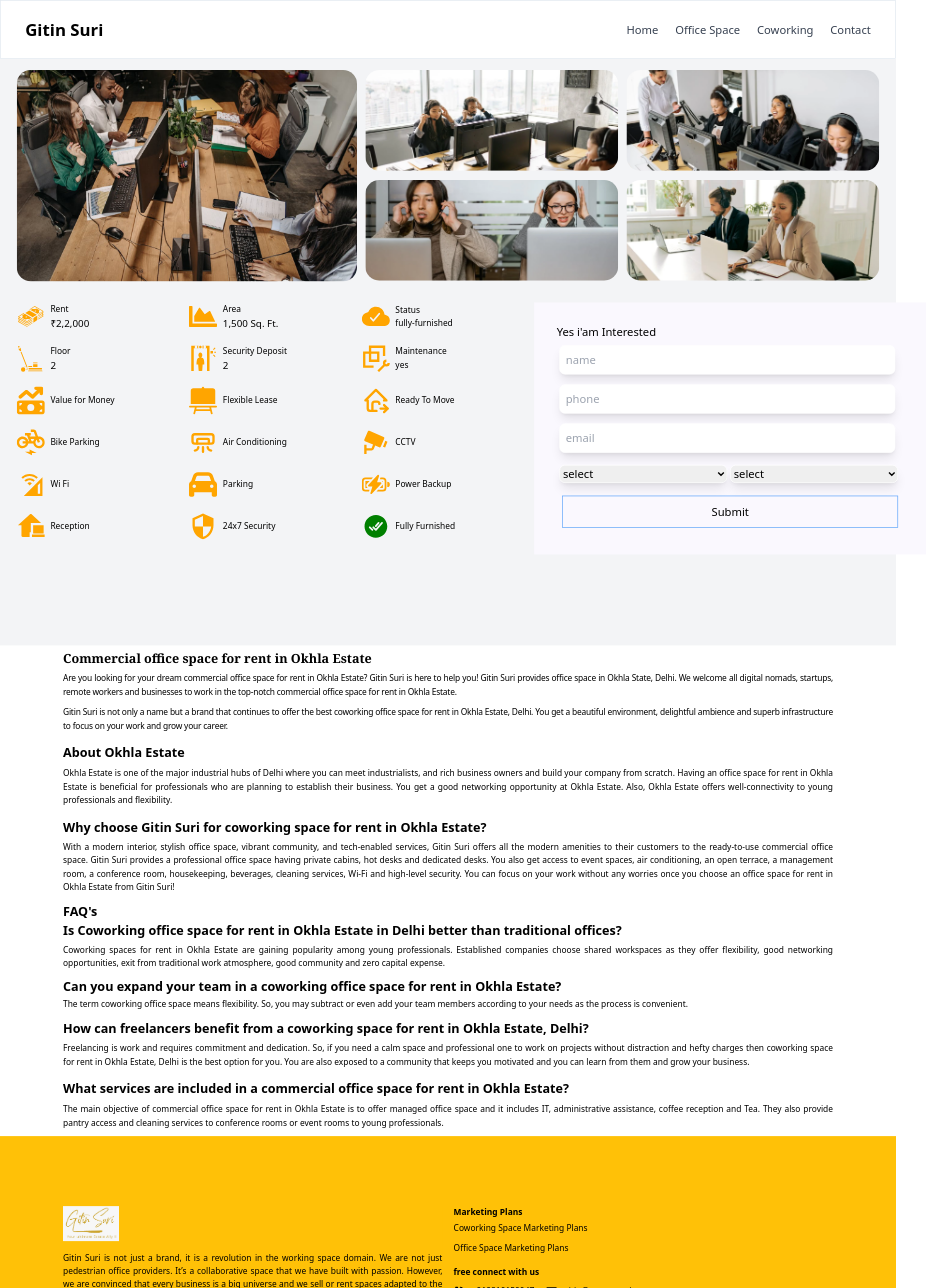
Repository: gitinsuri8268/project
Page: /office-space-for-rent-in-okhla-estate
These files come from the project's save history. The page is drawn as it stood at one moment and after a run of saves; the edit follows.
The browser window is 1280 px wide. The page is 1323 px wide, so the pictures cover 1323 px, including what lies to the right of the window. The pictures show the part of the page from y = 0 to 1840 px (the page is 2299 px tall before and 2726 px after), at 70% of full size.
The project was rebuilt for these pictures with package versions that can differ from the ones it lists, and the page was loaded fresh each time. The framework's server and built-in components were replaced by stand-ins that run in the browser. Also part of the build but not shown: next.config.mjs, src/components/abc.jsx.

Above is the page before, as saved 2024-09-05 23:16:00.

After the next 2 saves:
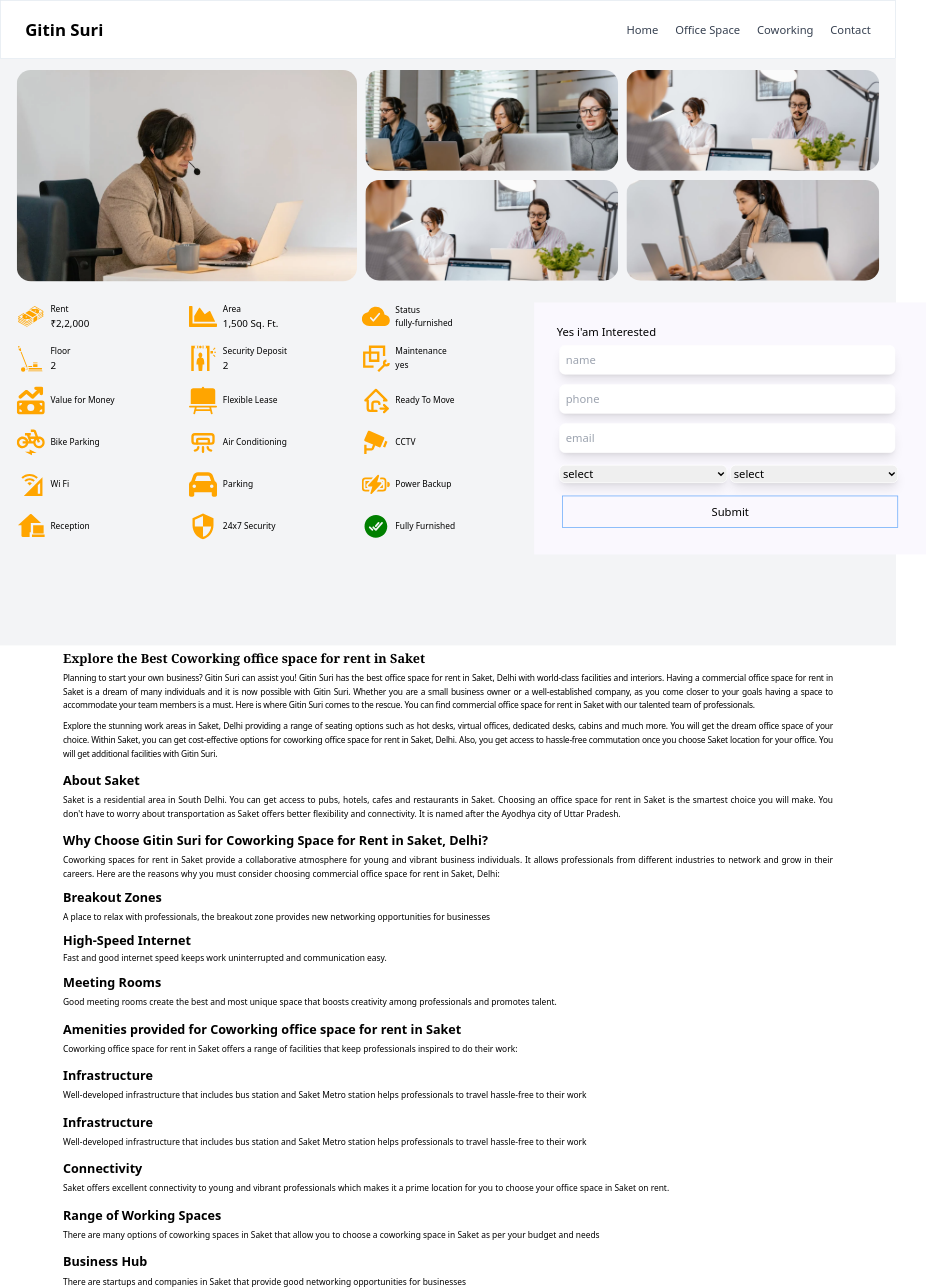
The 2 saves are shown as one change because they came seconds apart.
The last was saved 42 s later.
--- a/src/app/office-space-for-rent-in-okhla-estate/page.jsx
+++ b/src/app/office-space-for-rent-in-okhla-estate/page.jsx
@@ -25,6 +25,7 @@
 import Textsocial from "@/components/textsocial";
 
 import React, { useState } from 'react';
+import officespaceforrentinokhlaestate from "../office-space-for-rent-in-saket-delhi/page";
 const officespaceforrentinsouthdelhi = () => {
   const [selectedImage, setSelectedImage] = useState(null);
 
@@ -494,4 +495,4 @@
   );
 };
 
-export default officespaceforrentinsouthdelhi;
+export default officespaceforrentinokhlaestate;

After the 3 saves that followed:
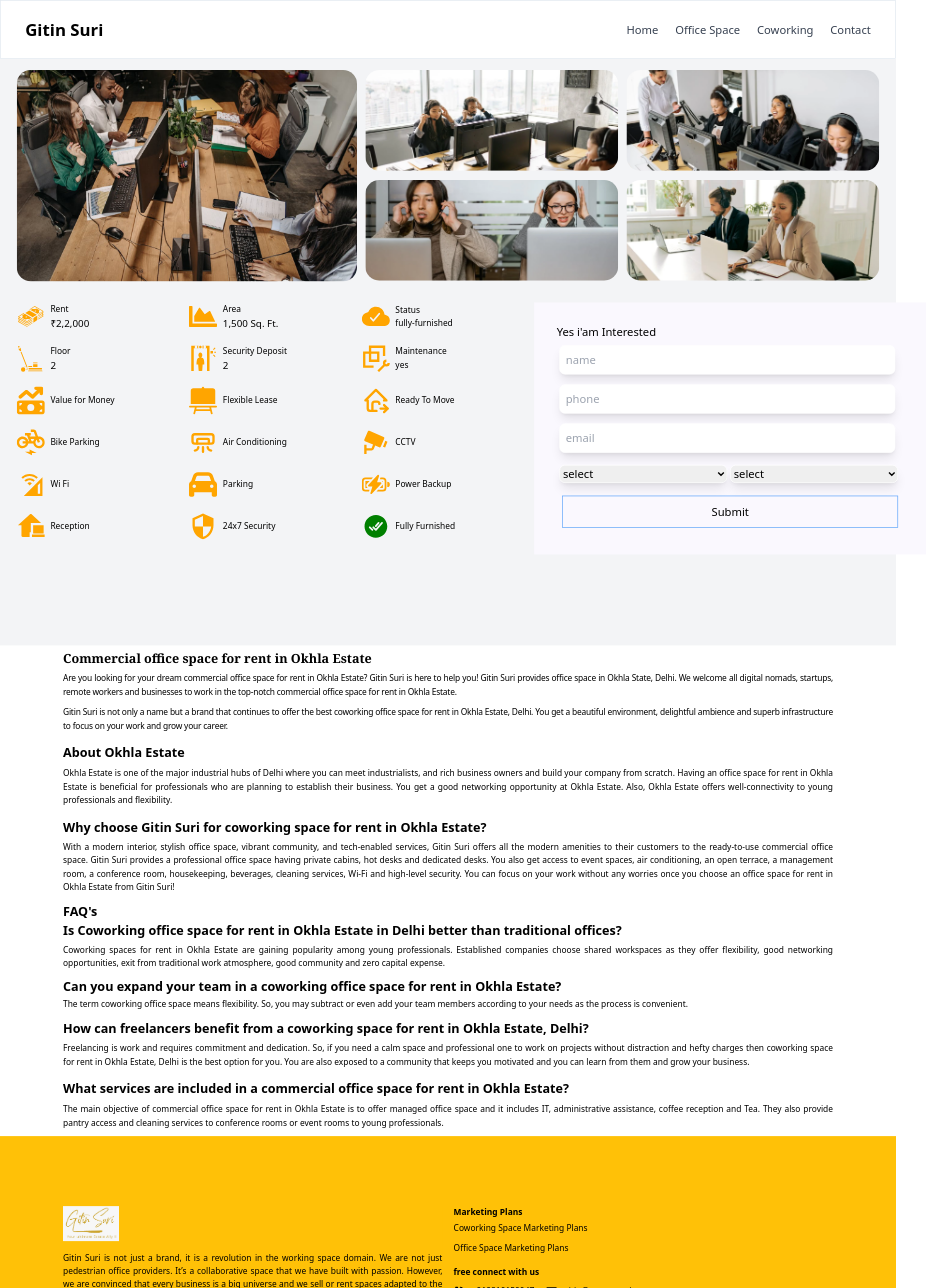
The 3 saves are shown as one change because 1 did not build or start and some came seconds apart.
The last was saved 25 s later.
--- a/src/app/office-space-for-rent-in-okhla-estate/page.jsx
+++ b/src/app/office-space-for-rent-in-okhla-estate/page.jsx
@@ -25,8 +25,7 @@
 import Textsocial from "@/components/textsocial";
 
 import React, { useState } from 'react';
-import officespaceforrentinokhlaestate from "../office-space-for-rent-in-saket-delhi/page";
-const officespaceforrentinsouthdelhi = () => {
+const officespaceforrentinokhlaestate = () => {
   const [selectedImage, setSelectedImage] = useState(null);
 
   const handleClick = (src) => {
